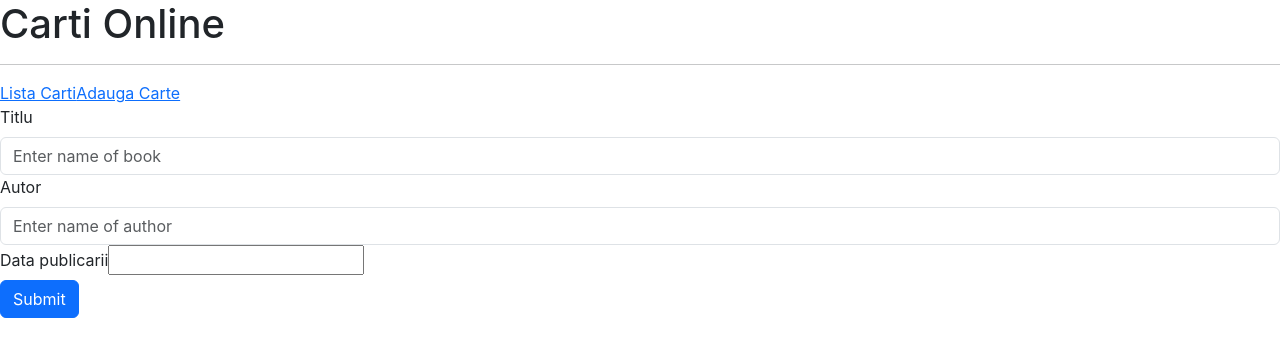
Repository: phob0/react-test
Page: /add
The author's editor kept a copy of each file at every save. The page is drawn from the files as they stood at one save, then again after the next save.
The browser window is 1280 px wide. The pictures show the whole page.
The project was rebuilt for these pictures with package versions that can differ from the ones it lists, and the page was loaded fresh each time. Also part of the build but not shown: src/components/EditBook.js, src/components/Book.js, src/components/BooksList.js.

Above is the page before, as saved 2024-02-17 15:34:35.

After the next save:
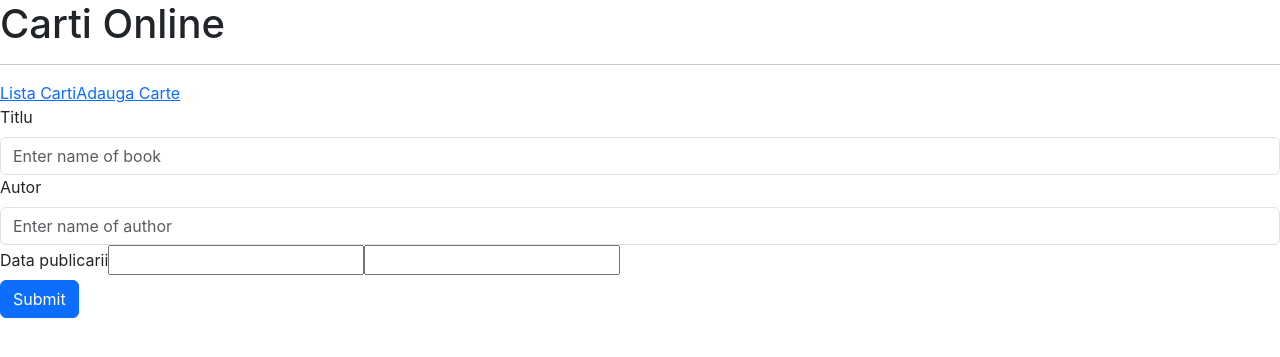
Saved 4 min 21 s later.
--- a/src/components/BookForm.js
+++ b/src/components/BookForm.js
@@ -99,6 +99,7 @@
             value={date}
             onChange={handleInputChange}
           />
+          <DatePicker selected={date} onChange={handleInputChange} />
         </Form.Group>
         <Button variant="primary" type="submit" className="submit-btn">
           Submit

After the save that followed:
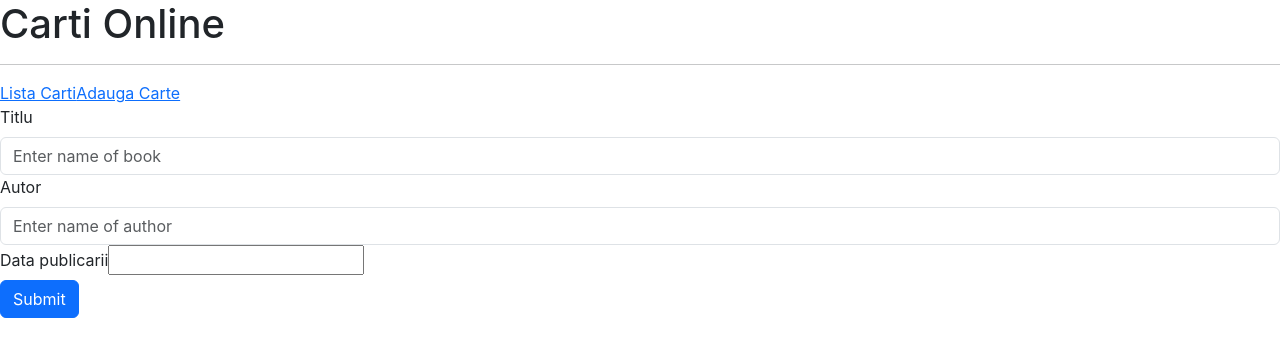
Saved 4 s later.
--- a/src/components/BookForm.js
+++ b/src/components/BookForm.js
@@ -94,11 +94,11 @@
         </Form.Group>
         <Form.Group controlId="date">
           <Form.Label>Data publicarii</Form.Label>
-          <DatePicker
+          {/* <DatePicker
             id="example-datepicker"
             value={date}
             onChange={handleInputChange}
-          />
+          /> */}
           <DatePicker selected={date} onChange={handleInputChange} />
         </Form.Group>
         <Button variant="primary" type="submit" className="submit-btn">
